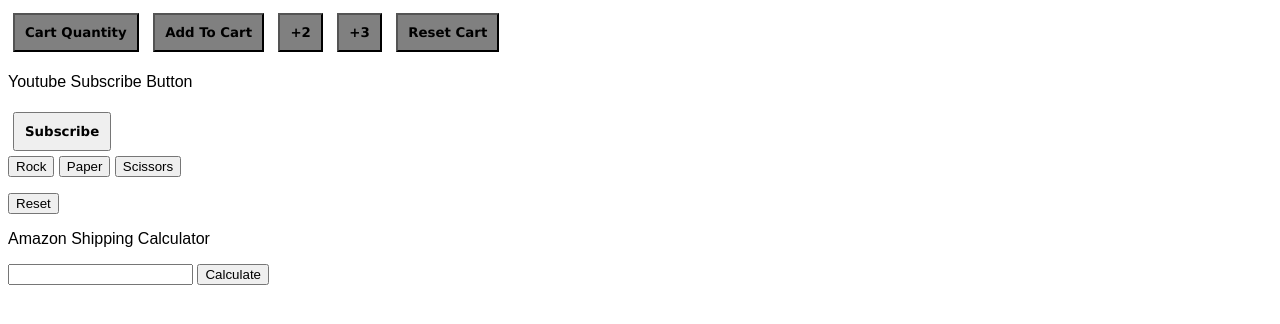
Repository: EguJaredoBoyd/Jared-Learning-Projects
Page: javascript-tutorial.html
These files come from the project's save history. The page is drawn as it stood at one moment and after the next save; the edit follows.
The browser window is 1280 px wide. The pictures show the whole page.

Above is the page before, as saved 2025-07-06 22:15:45.

After the next save:
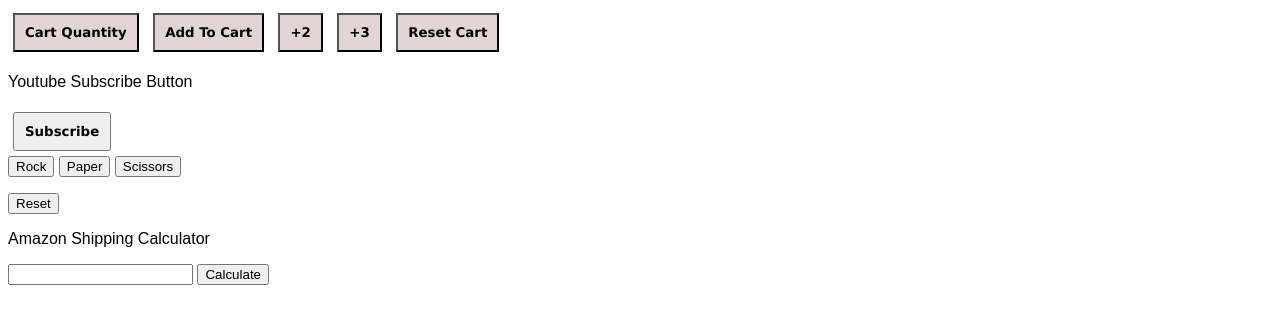
Saved 7 s later.
--- a/javascript-tutorial.css
+++ b/javascript-tutorial.css
@@ -9,5 +9,5 @@ body{
 
 }
 .cart-class button:not(.sub-button){
-    background-color: grey;
+    background-color: rgb(225, 213, 213);
 }
